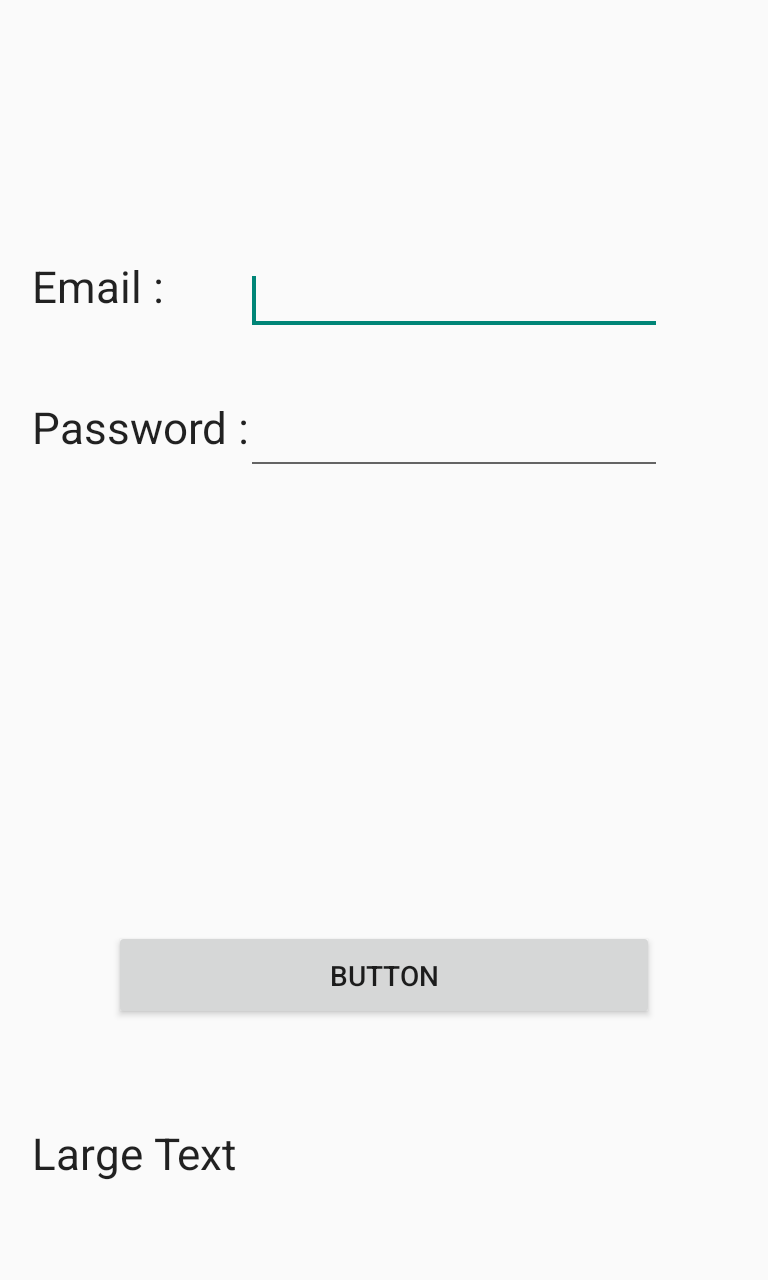
Repository: HAYKEL88/MASTER2_PFE
Layout: PFE_ANDROID/res/layout/activity_sign_in.xml
The author's editor kept a copy of each file at every save. The layout is drawn from the files as they stood at one save, then again after the next save.
It is drawn on a 768 x 1280 px phone screen (xhdpi) without system bars, with theme AppTheme; the app's code is not run.

Above is the layout before, as saved 2014-12-18 21:51:15.

After the next save:
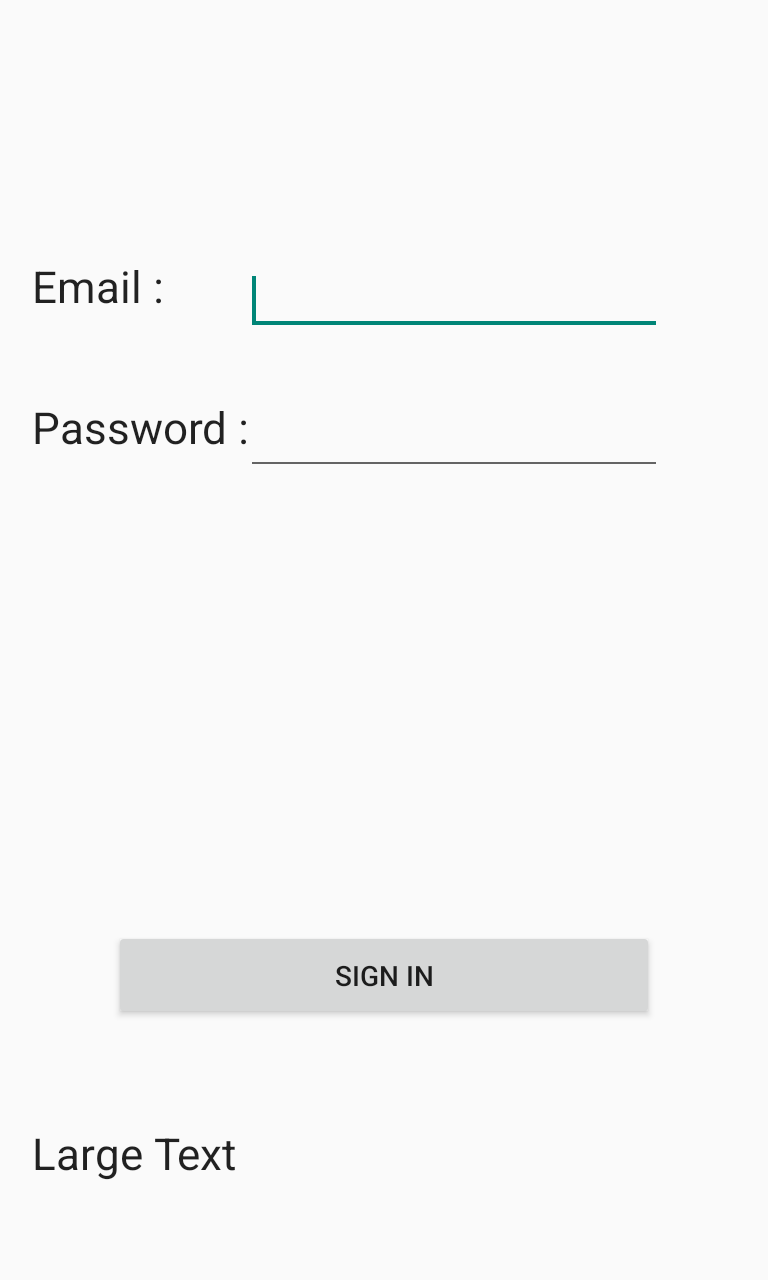
Saved 24 s later.
--- a/PFE_ANDROID/res/layout/activity_sign_in.xml
+++ b/PFE_ANDROID/res/layout/activity_sign_in.xml
@@ -69,6 +69,6 @@
         android:layout_above="@+id/textView3"
         android:layout_centerHorizontal="true"
         android:layout_marginBottom="50dp"
-        android:text="Button" />
+        android:text="@string/button_signIn" />
 
 </RelativeLayout>
